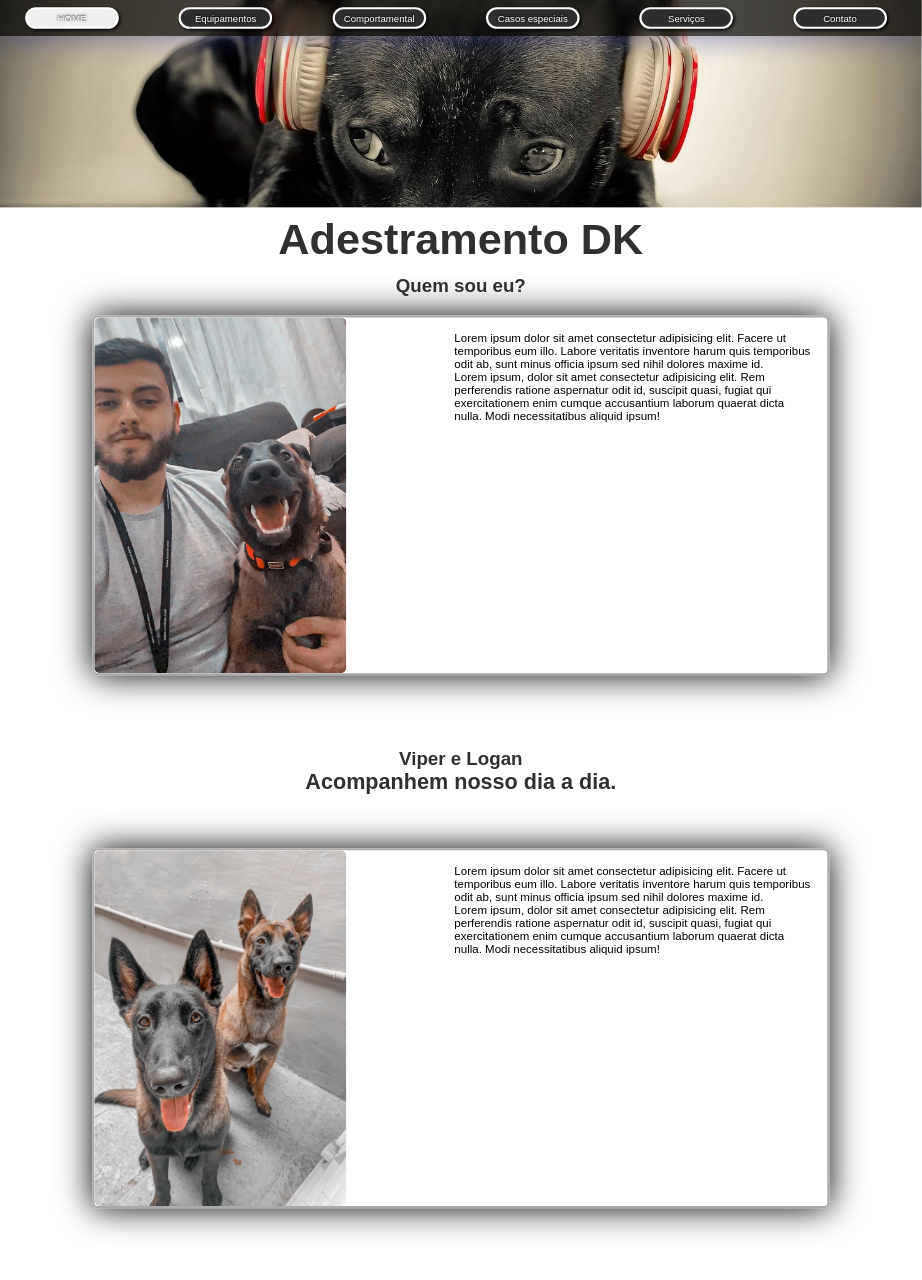
Repository: KevynMarques/Blog-React-StyledComponent
Page: /
The author's editor kept a copy of each file at every save. The page is drawn from the files as they stood at one save, then again after a run of saves.
The browser window is 1280 px wide. The pictures show the whole page, at 72% of full size.
The project was rebuilt for these pictures with package versions that can differ from the ones it lists, and the page was loaded fresh each time. Also part of the build but not shown: src/Components/Equipamentos/style.jsx, src/Components/Equipamentos/index.jsx, src/Components/Comportamental/style.jsx, src/Components/Comportamental/index.jsx, src/Components/Clientes/style.jsx, src/Components/Clientes/index.jsx, src/Components/Serviços/index.jsx, src/Components/Contato/index.jsx.

Above is the page before, as saved 2022-02-11 13:59:20.

After the next 2 saves:
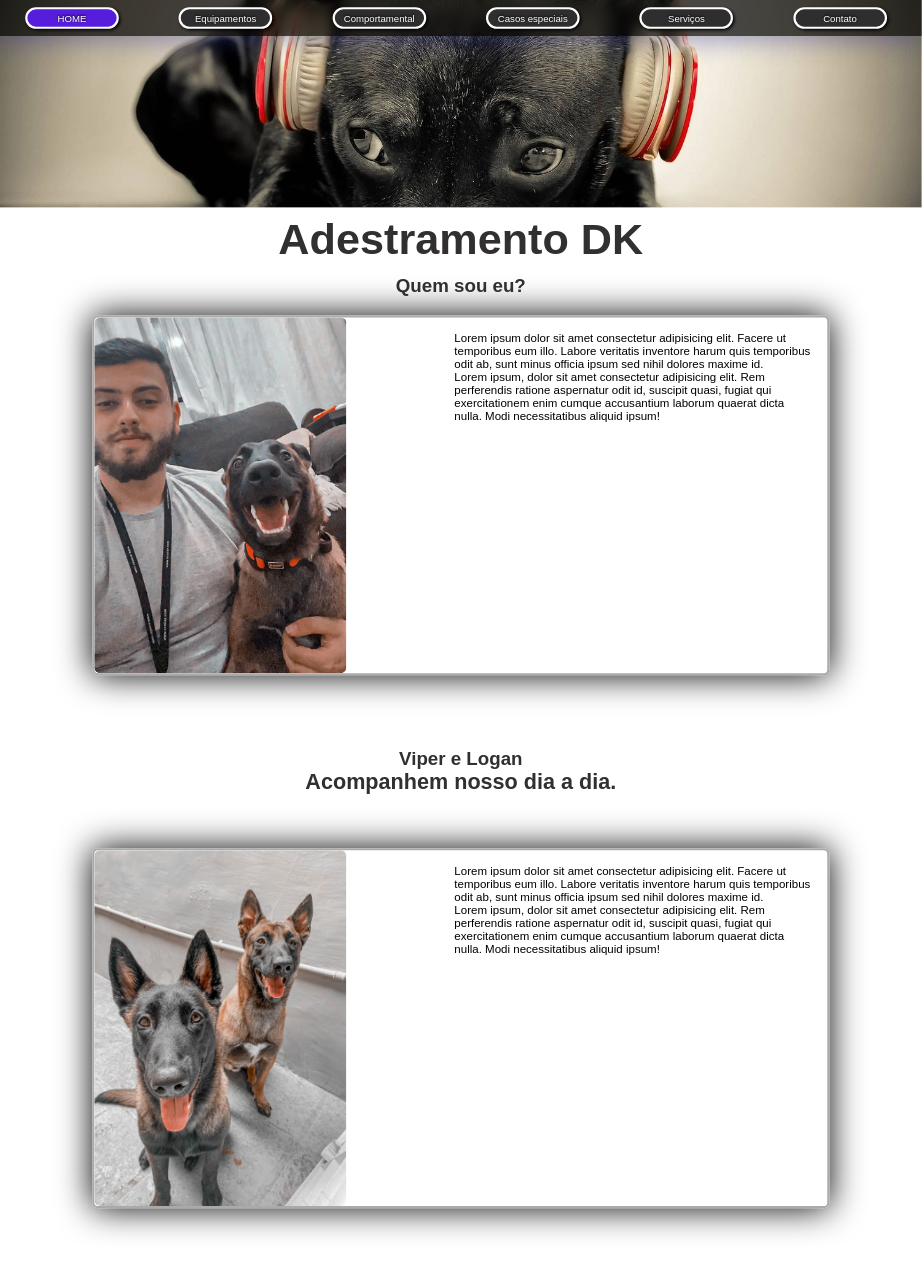
The 2 saves are shown as one change because 1 did not build or start.
The last was saved 16 s later.
--- a/src/Components/Home/index.jsx
+++ b/src/Components/Home/index.jsx
@@ -11,9 +11,7 @@
 
 export default (props) => {
 
-   const [ativo, setAtivo] = useState({
-
-   })
+   const [ativo, setAtivo] = useState('#571ddd')
 
 
   return (

After the save that followed:
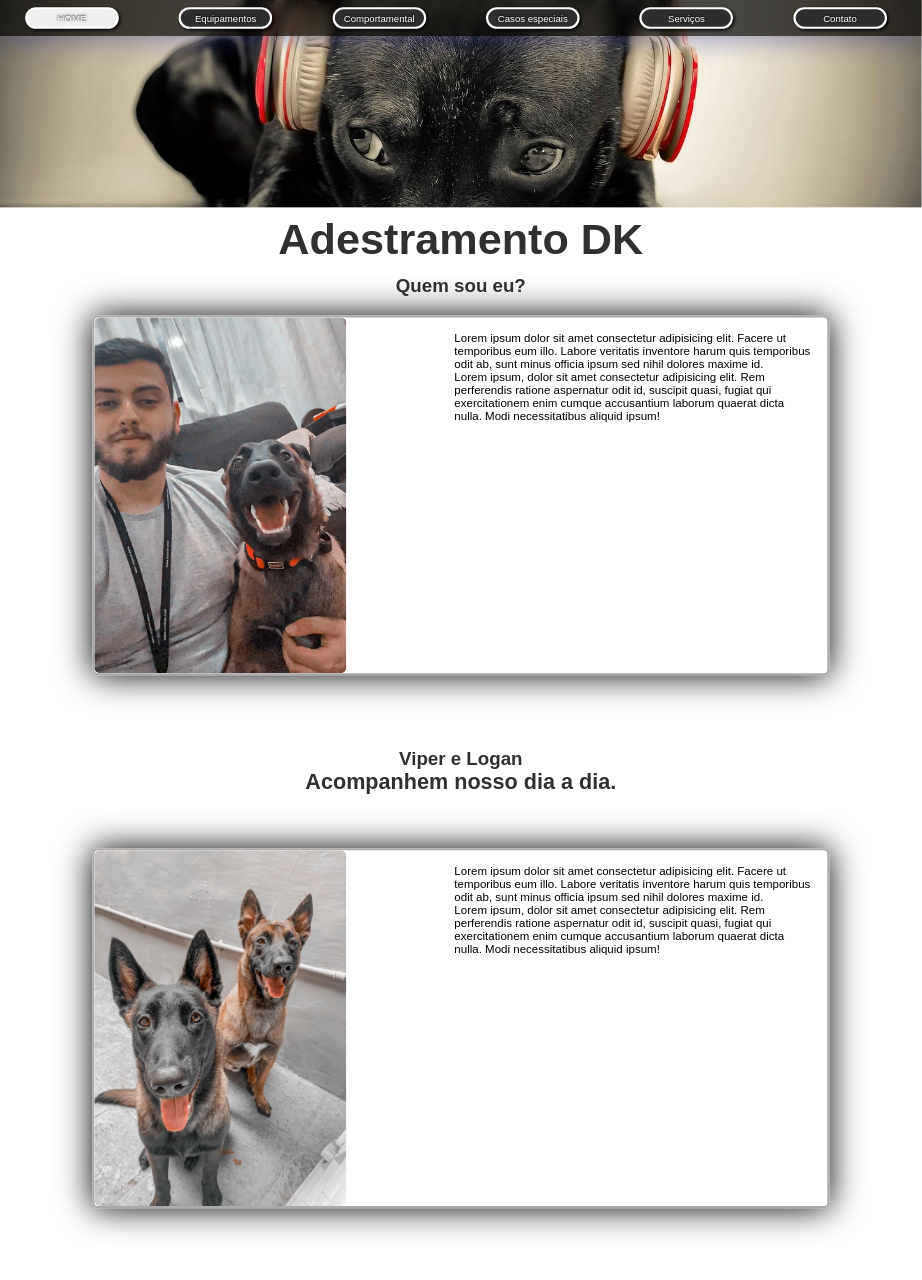
Saved 68 s later.
--- a/src/Components/Home/index.jsx
+++ b/src/Components/Home/index.jsx
@@ -11,7 +11,7 @@
 
 export default (props) => {
 
-   const [ativo, setAtivo] = useState('#571ddd')
+   const [ativo, setAtivo] = useState(true)
 
 
   return (
